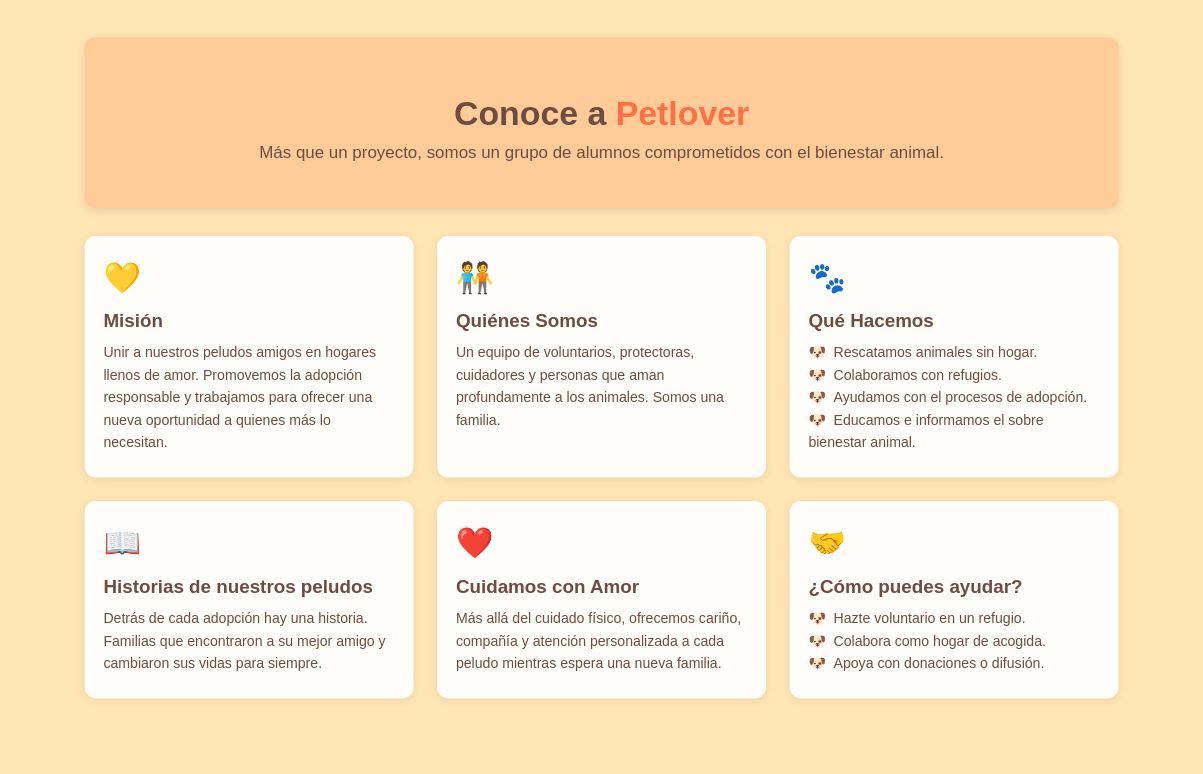
Repository: adriarodrisan/PetLover
Page: Paginas_web/SobreNosotros.html
The author's editor kept a copy of each file at every save. The page is drawn from the files as they stood at one save, then again after the next save.
The browser window is 1280 px wide. The pictures show the whole page, at 94% of full size.

Above is the page before, as saved 2025-03-20 15:55:46.

### Paginas_web/SobreNosotros.html
<!DOCTYPE html>
<html lang="en">
<head>
    <meta charset="UTF-8">
    <meta name="viewport" content="width=device-width, initial-scale=1.0">
    <title>Sobre Nosotros - Petlover </title>
    <link rel="stylesheet" href="/Css_Paginas/SobreNosotros.css">
</head>
<body>
    <main class="seccion-nosotros">
        <section class="encabezado-nosotros">
            <h1>Conoce a <span class="marca">Petlover</span></h1>
            <p>Más que un proyecto, somos un grupo de alumnos comprometidos con el bienestar animal. </p>
        </section>

        <section class="tarjetas-nosotros">
            <div class="tarjeta">
                <div class="icono">💛</div>
                <h2>Misión</h2>
                <p>Unir a nuestros peludos amigos en hogares llenos de amor. Promovemos la adopción responsable y trabajamos para ofrecer una nueva oportunidad a quienes más lo necesitan.</p>
            </div>
            <div class="tarjeta">
                <div class="icono">🧑‍🤝‍🧑</div>
                <h2>Quiénes Somos</h2>
                <p>Un equipo de voluntarios, protectoras, cuidadores y personas que aman profundamente a los animales. Somos una familia.</p>
              </div>
              <div class="tarjeta">
                <div class="icono">🐾</div>
                <h2>Qué Hacemos</h2>
                <ul>
                  <li>Rescatamos animales sin hogar.</li>
                  <li>Colaboramos con refugios.</li>
                  <li>Ayudamos con el procesos de adopción.</li>
                  <li>Educamos e informamos el sobre bienestar animal.</li>
                </ul>
              </div>
              <div class="tarjeta">
                <div class="icono">📖</div>
                <h2>Historias de nuestros peludos</h2>
                <p>Detrás de cada adopción hay una historia. Familias que encontraron a su mejor amigo y cambiaron sus vidas para siempre.</p>
              </div>

              <div class="tarjeta">
                <div class="icono">❤️</div>
                <h2>Cuidamos con Amor</h2>
                <p>Más allá del cuidado físico, ofrecemos cariño, compañía y atención personalizada a cada peludo mientras espera una nueva familia.</p>
              </div>
              <div class="tarjeta">
                <div class="icono">🤝</div>
                <h2>¿Cómo puedes ayudar?</h2>
                <ul>
                  <li>Hazte voluntario en un refugio.</li>
                  <li>Colabora como hogar de acogida.</li>
                  <li>Apoya con donaciones o difusión.</li>
                </ul>
              </div>

        </section>
</body>

</body>
</html>

### Css_Paginas/SobreNosotros.css
body {
    margin: 0;
    padding: 0;
    font-family: 'Arial', sans-serif;
    background-color: #FFE5B4;
    color: #6D4C41;
  }
  .seccion-nosotros {
    max-width: 1100px;
    margin: 0 auto;
    padding: 40px 20px;
  }
  .encabezado-nosotros {
    text-align: center;
    padding: 30px 20px;
    background-color: #FFCC99;
    border-radius: 10px;
    margin-bottom: 30px;
    box-shadow: 0 3px 10px rgba(0, 0, 0, 0.1);
  }
  .encabezado-nosotros h1 {
    font-size: 36px;
    margin-bottom: 10px;
  }
  .encabezado-nosotros .marca {
    color: #FF7043;
  }
  .encabezado-nosotros p {
    font-size: 18px;
    margin-top: 10px;
    color: #6D4C41;
  }
  .tarjetas-nosotros {
    display: grid;
    grid-template-columns: repeat(auto-fit, minmax(260px, 1fr));
    gap: 25px;
    margin-bottom: 40px;
  }
  .tarjeta {
    background-color: #FFFDF9;
    border-radius: 12px;
    padding: 25px 20px;
    box-shadow: 0 2px 10px rgba(0, 0, 0, 0.08);
    transition: transform 0.2s ease;
  }
  .tarjeta:hover {
    transform: translateY(-5px);
  }
  .tarjeta .icono {
    font-size: 32px;
    margin-bottom: 10px;
  }
  .tarjeta h2 {
    font-size: 20px;
    margin-bottom: 10px;
    color: #6D4C41;
  }
  .tarjeta p,
  .tarjeta ul {
    font-size: 15px;
    line-height: 1.6;
    margin: 0;
    padding: 0;
  }
  .tarjeta ul {
    list-style: none;
    margin-top: 10px;
    padding-left: 0;
  }
  .tarjeta ul li::before {
    content: "🐶";
    margin-right: 8px;
  }
  .cta-nosotros {
    text-align: center;
    background-color: #FFCC99;
    padding: 40px 20px;
    border-radius: 10px;
    box-shadow: 0 3px 10px rgba(0,0,0,0.1);
  }

After the next save:
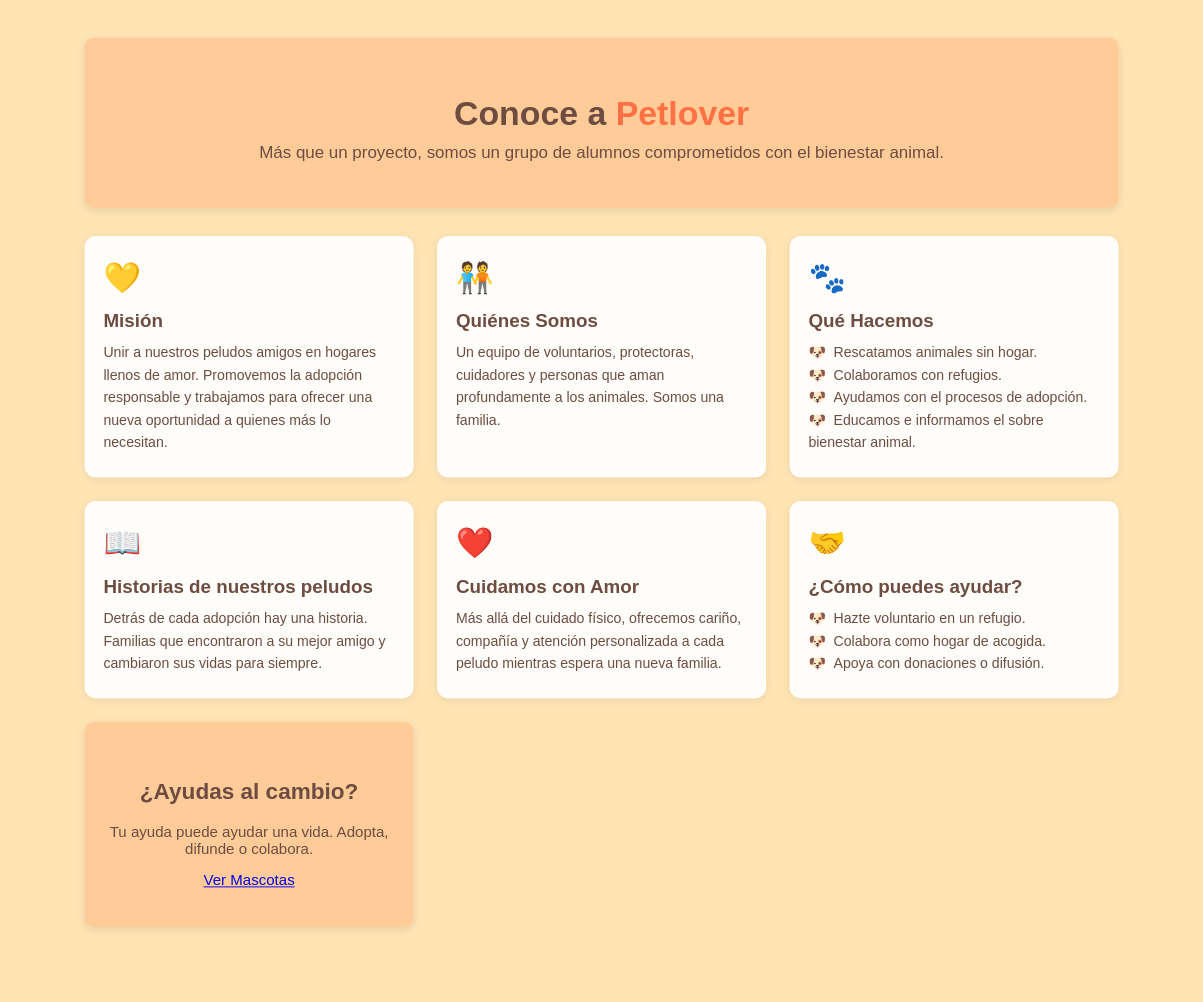
Saved 2 min 3 s later.
--- a/Paginas_web/SobreNosotros.html
+++ b/Paginas_web/SobreNosotros.html
@@ -54,6 +54,11 @@
                   <li>Apoya con donaciones o difusión.</li>
                 </ul>
               </div>
+              <section class="cta-nosotros">
+                <h2>¿Ayudas al cambio?</h2>
+                <p>Tu ayuda puede ayudar una vida. Adopta, difunde o colabora.</p>
+                <a href="Home_Petlover.html" class="boton-nosotros">Ver Mascotas</a>
+              </section>
 
         </section>
 </body>
